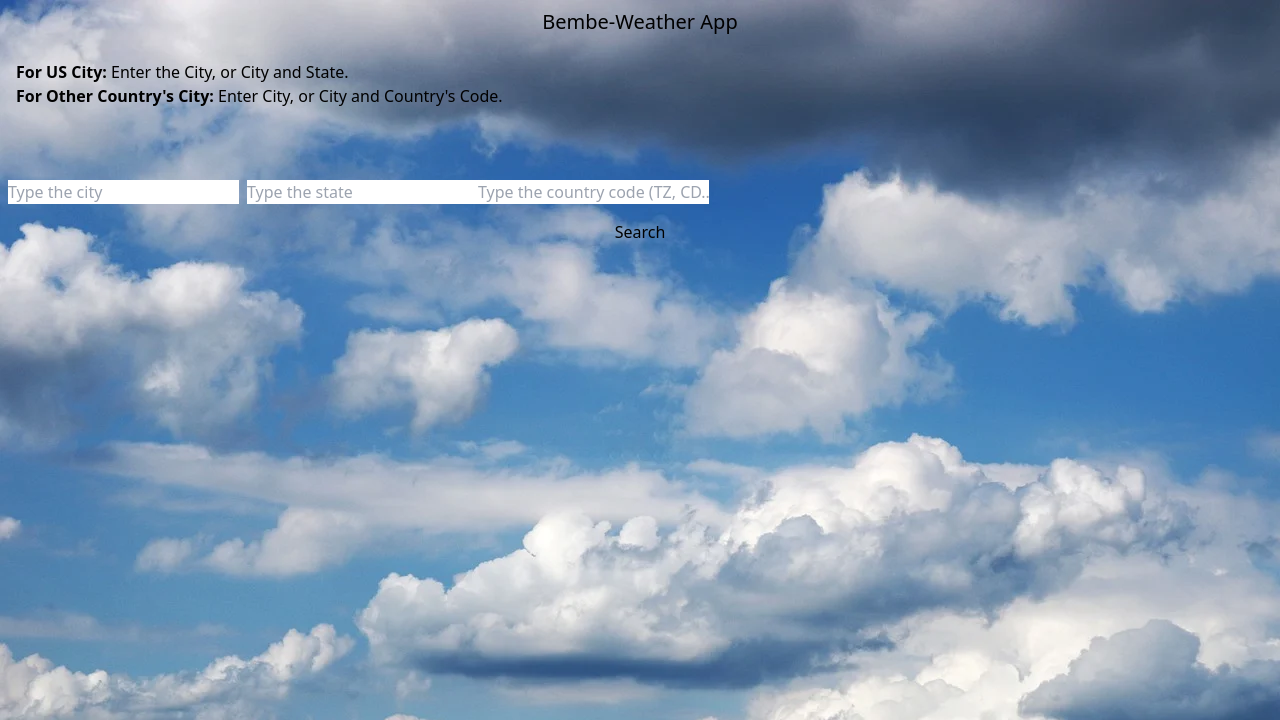
Repository: ShindanoSingi/bembe-weather
Page: /
An editor plug-in stored every save of this project. The page is shown before and after the next save, followed by the edit.
The browser window is 1280 px wide. The pictures show the whole page.
The page's requests for data from a server got no answer. The project was rebuilt for these pictures with package versions that can differ from the ones it lists, and the page was loaded fresh each time. No one was signed in, and anything a server would have sent is missing.

Above is the page before, as saved 2022-09-14 03:05:49.

### public/index.html
<!DOCTYPE html>
<html lang="en">

<head>
  <meta charset="utf-8" />
  <link rel="icon" href="%PUBLIC_URL%/favicon.ico" />
  <meta name="viewport" content="width=device-width, initial-scale=1" />
  <meta name="theme-color" content="#000000" />
  <meta name="description" content="Web site created using create-react-app" />
  <link rel="apple-touch-icon" href="%PUBLIC_URL%/logo192.png" />
  <!--
      manifest.json provides metadata used when your web app is installed on a
      user's mobile device or desktop. See https://developers.google.com/web/fundamentals/web-app-manifest/
    -->
  <link rel="manifest" href="%PUBLIC_URL%/manifest.json" />
  <!--
      Notice the use of %PUBLIC_URL% in the tags above.
      It will be replaced with the URL of the `public` folder during the build.
      Only files inside the `public` folder can be referenced from the HTML.

      Unlike "/favicon.ico" or "favicon.ico", "%PUBLIC_URL%/favicon.ico" will
      work correctly both with client-side routing and a non-root public URL.
      Learn how to configure a non-root public URL by running `npm run build`.
    -->
  <title>React Weather</title>
</head>

<body>
  <noscript>You need to enable JavaScript to run this app.</noscript>
  <div id="root"></div>
  <!--
      This HTML file is a template.
      If you open it directly in the browser, you will see an empty page.

      You can add webfonts, meta tags, or analytics to this file.
      The build step will place the bundled scripts into the <body> tag.

      To begin the development, run `npm start` or `yarn start`.
      To create a production bundle, use `npm run build` or `yarn build`.
    -->
</body>

</html>

### src/components/SearchForm.js
import React from "react";

const SearchForm = ({
  city,
  state,
  country,
  handleSubmit,
  handleChangeCity,
  handleChangeState,
  handleChangeCountry,
}) => {
  return (
    <div >
      <form className="flex flex-col gap-4 form-container" onSubmit={handleSubmit} d-flex>
        <div>
          <input
          className="mx-2 cityInput"
          placeholder="Type the city"
          type="text"
          name="SearchString"
          onChange={handleChangeCity}
          value={city}
          required
        />

        {/* Country input */}
        <input
          className="countryInput"
          placeholder="Type the state"
          type="text"
          name="SearchString"
          onChange={handleChangeState}
          value={state}
        />

        {/* Country input */}
        <input
          className="countryInput"
          placeholder="Type the country code (TZ, CD...)"
          type="text"
          name="SearchString"
          onChange={handleChangeCountry}
          value={country}
        />
        </div>
        {/* City Input */}


        <button className="submitButton" type="submit">
          Search
        </button>
      </form>
    </div>
  );
};

export default SearchForm;

Loaded but not shown: src/index.js (common file); src/index.css (common file); tailwind.config.js (common file); src/components/weatherPage.js (255 lines, source omitted); src/App.js (116 lines, source omitted); src/App.css (1402 lines, source omitted)

After the next save:
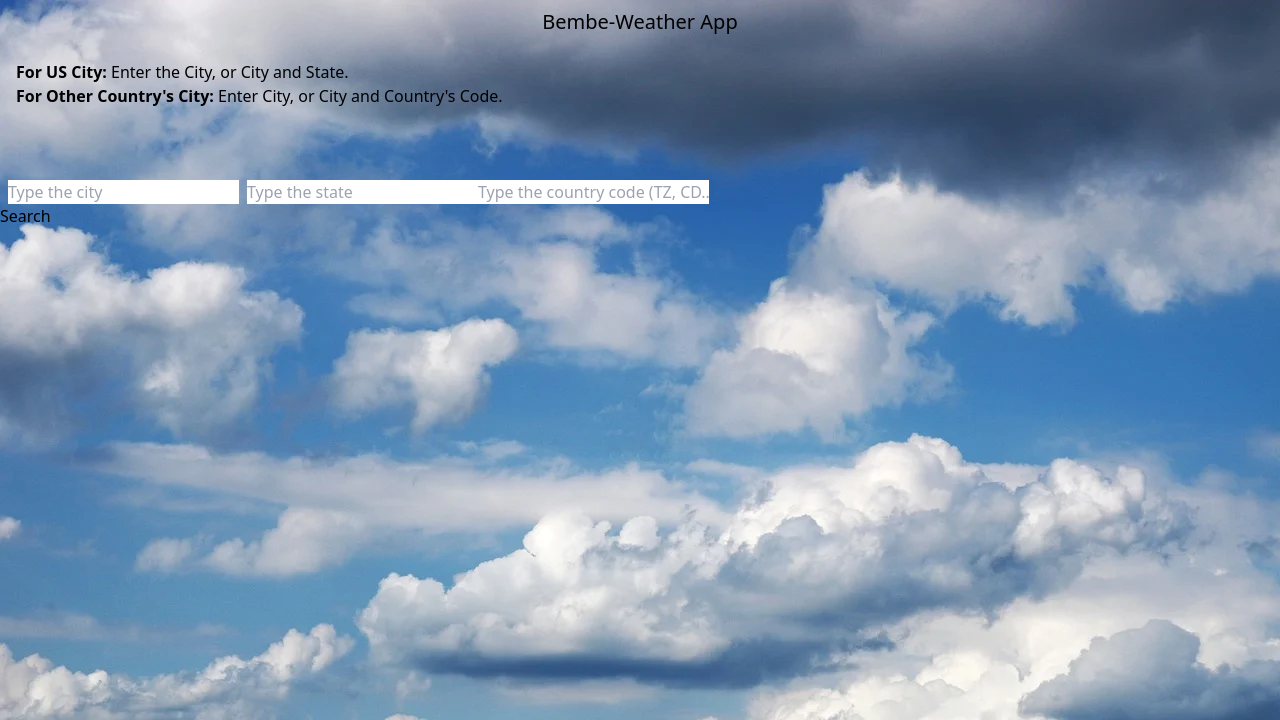
Saved 19 s later.
--- a/src/components/SearchForm.js
+++ b/src/components/SearchForm.js
@@ -11,7 +11,7 @@
 }) => {
   return (
     <div >
-      <form className="flex flex-col gap-4 form-container" onSubmit={handleSubmit} d-flex>
+      <form className="form-container" onSubmit={handleSubmit} d-flex>
         <div>
           <input
           className="mx-2 cityInput"
